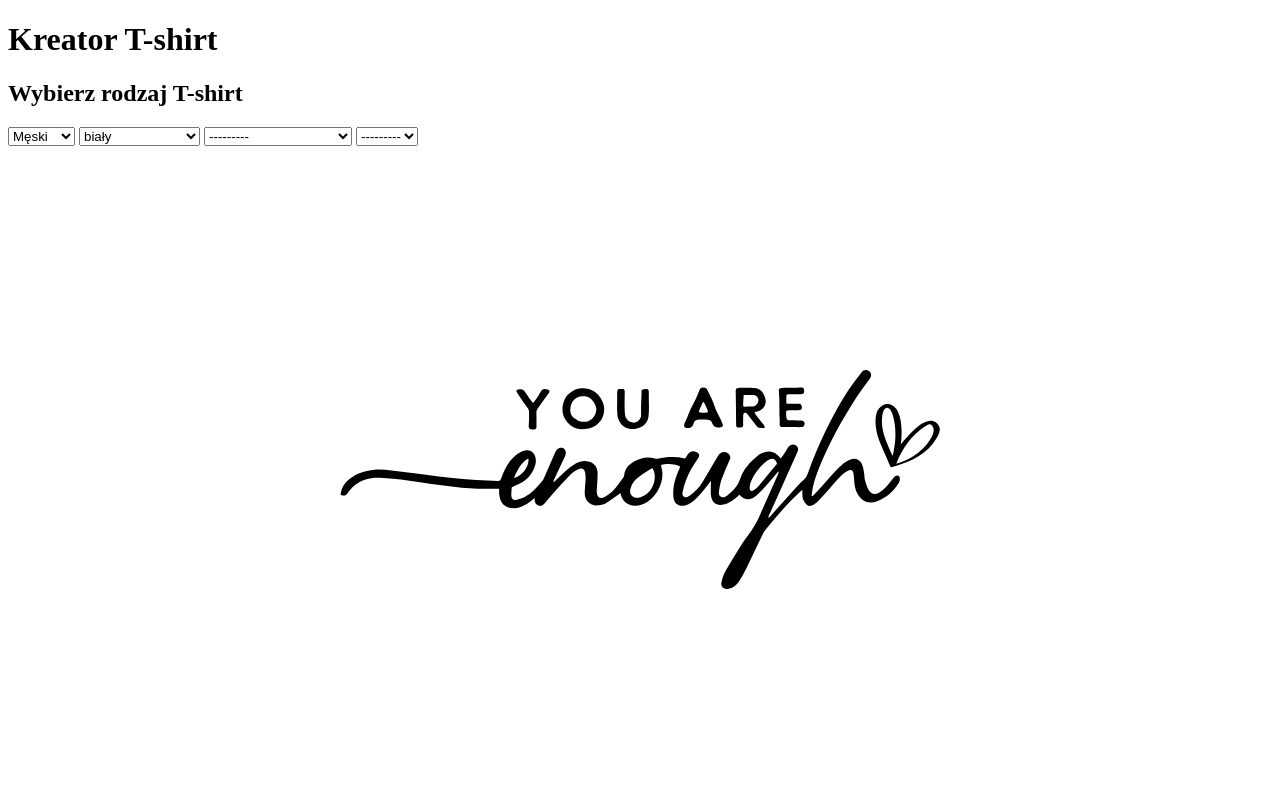
Repository: artek313/clothes
Page: index.html
The author's editor kept a copy of each file at every save. The page is drawn from the files as they stood at one save, then again after the next save.
The browser window is 1280 px wide. The pictures show the whole page.

Above is the page before, as saved 2024-04-29 15:32:39.

After the next save:
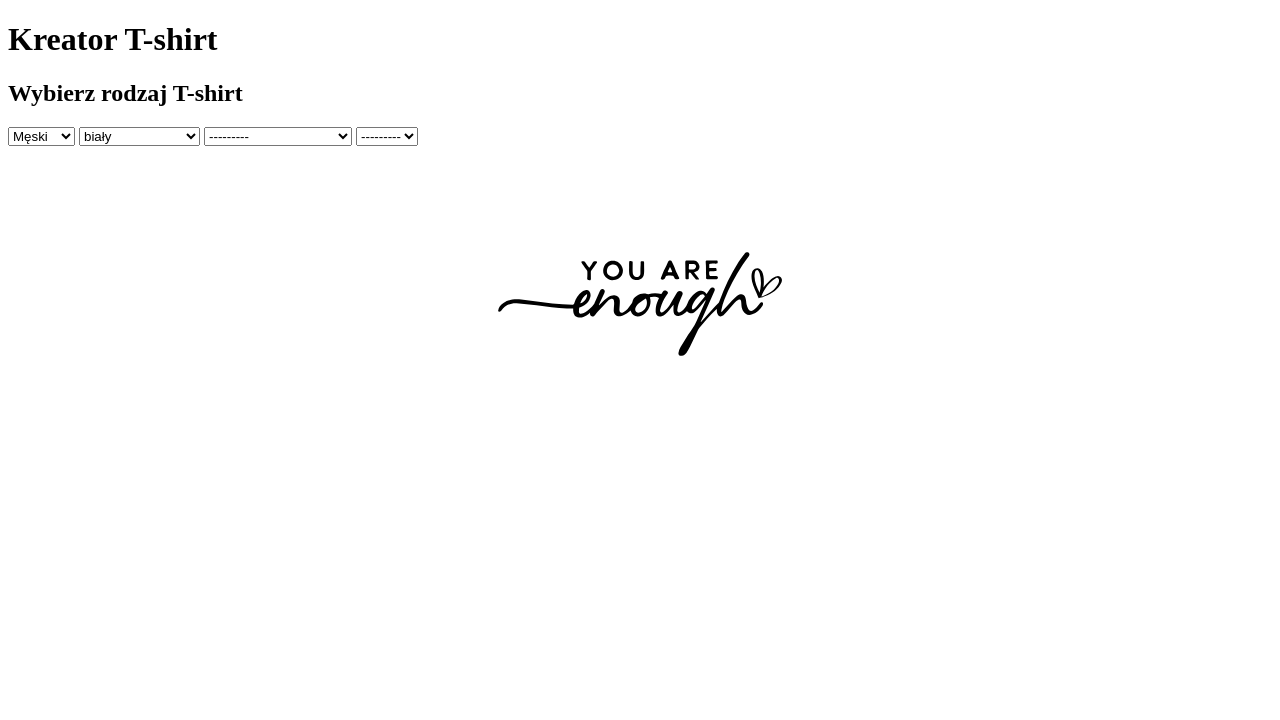
Saved 36 s later.
--- a/style.css
+++ b/style.css
@@ -28,6 +28,7 @@
 }
 
 .overprint {
+	width: 25%;
 	position: absolute;
 	top: 20%;
 	left: 50%;
